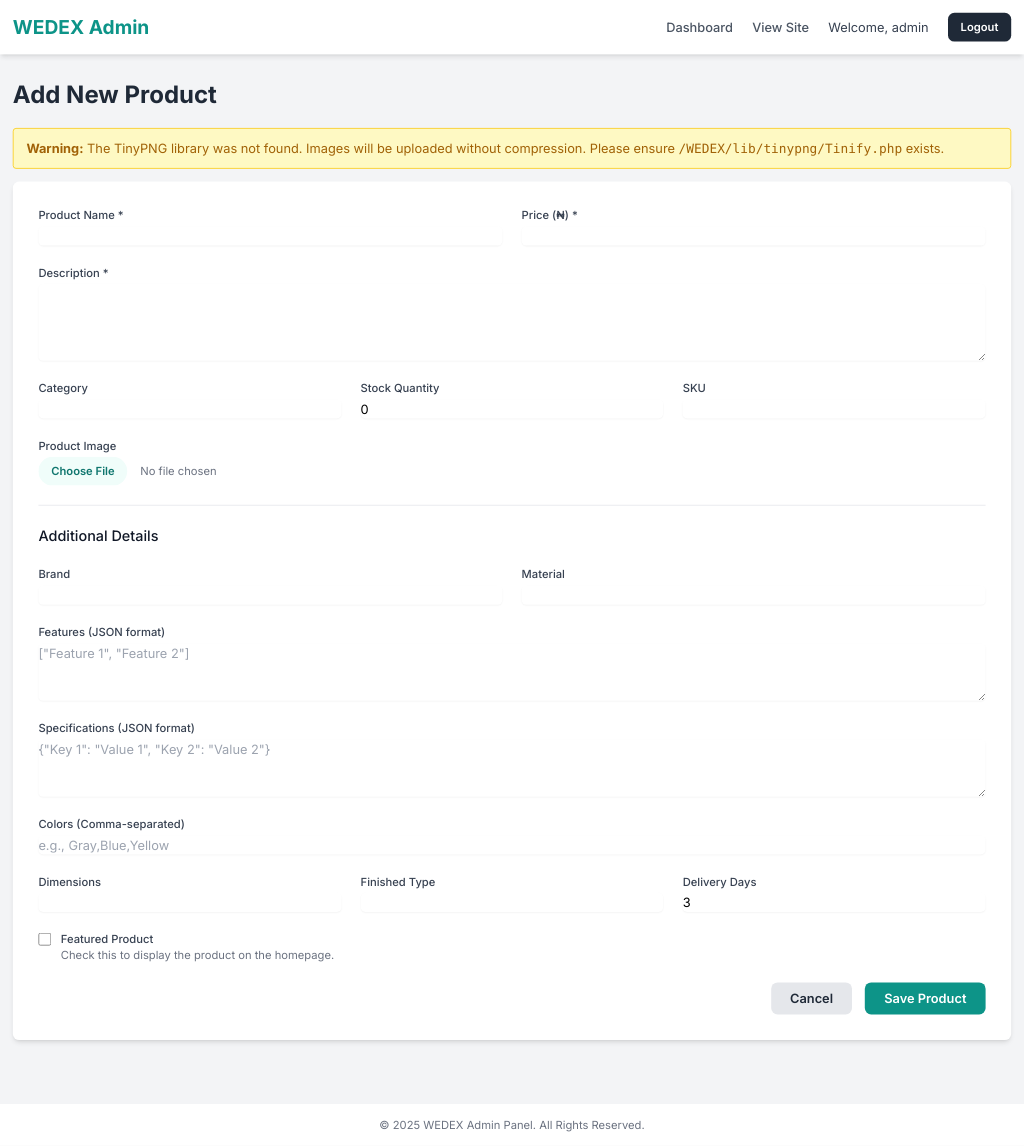
Repository: ICARUSTUDIO/WEDEX
Page: http://localhost/yourproject/admin/add_product.php
These files come from the project's save history. The page is drawn as it stood at one moment and after the next save; the edit follows.
The browser window is 1280 px wide. The pictures show the whole page, at 80% of full size.
Some web libraries are served in a nearby version. The page is run by PHP 8.4 with error messages shown; the project is at /var/www/html/. The session is filled in as if someone had signed in: {"admin_logged_in": true, "admin_username": "admin"}. Other server files are loaded and not shown.

Above is the page before, as saved 2025-10-03 23:19:09.

### admin/add_product.php
<?php
require_once '../config.php';
require_once 'partials/header.php';

// Define the path to the Tinify library using the document root for better reliability.
// This assumes your project is directly inside htdocs (e.g., htdocs/WEDEX/)
$tinify_path = $_SERVER['DOCUMENT_ROOT'] . '/WEDEX/lib/tinypng/Tinify.php';
if (file_exists($tinify_path)) {
    require_once $tinify_path;
}

$error = '';
$success = '';

if ($_SERVER['REQUEST_METHOD'] === 'POST') {
    // Basic validation
    if (empty($_POST['name']) || empty($_POST['price']) || empty($_POST['description'])) {
        $error = 'Please fill in all required fields: Name, Price, and Description.';
    } else {
        $image_name = 'default.jpg'; // Default image

        // Handle file upload
        if (isset($_FILES['image']) && $_FILES['image']['error'] == 0) {
            $target_dir = "../uploads/";
            if (!is_dir($target_dir)) {
                mkdir($target_dir, 0777, true);
            }
            $image_name = uniqid() . '-' . basename($_FILES["image"]["name"]);
            $target_file = $target_dir . $image_name;
            $source_file = $_FILES["image"]["tmp_name"];

            // Check if API key is set and library is loaded before trying to compress
            if (function_exists('\Tinify\setKey') && defined('TINIFY_API_KEY') && TINIFY_API_KEY != 'YOUR_API_KEY_HERE') {
                try {
                    // Initialize Tinify with your API key
                    \Tinify\setKey(TINIFY_API_KEY);
                    \Tinify\validate(); // This will throw an exception if the key is invalid

                    // Compress the image from the temporary uploaded file
                    $source = \Tinify\fromFile($source_file);
                    $source->toFile($target_file);
                    $_SESSION['compression_status'] = "Success: Image was compressed successfully!";

                } catch(\Tinify\Exception $e) {
                    // If compression fails, log the error and fall back to a simple move.
                    $_SESSION['compression_status'] = "Error: TinyPNG API failed with message: " . $e->getMessage();
                    if (!move_uploaded_file($source_file, $target_file)) {
                         $error = "Sorry, there was an error uploading your file after a compression attempt failed.";
                    }
                }
            } else {
                // Fallback for when API key is not set or library is missing
                 $_SESSION['compression_status'] = "Skipped: Image uploaded without compression (API key not set or library missing).";
                if (!move_uploaded_file($source_file, $target_file)) {
                    $error = "Sorry, there was an error uploading your file.";
                }
            }
        }

        if (empty($error)) {
            try {
                $sql = "INSERT INTO products (name, description, price, category, stock, image, sku, brand, features, specifications, dimensions, colors, material, finished_type, delivery_days, is_featured)
                        VALUES (:name, :description, :price, :category, :stock, :image, :sku, :brand, :features, :specifications, :dimensions, :colors, :material, :finished_type, :delivery_days, :is_featured)";

                $stmt = $pdo->prepare($sql);

                $stmt->execute([
                    ':name' => $_POST['name'],
                    ':description' => $_POST['description'],
                    ':price' => $_POST['price'],
                    ':category' => $_POST['category'],
                    ':stock' => $_POST['stock'],
                    ':image' => $image_name,
                    ':sku' => $_POST['sku'] ?? null,
                    ':brand' => $_POST['brand'] ?? null,
                    ':features' => $_POST['features'] ?? null,
                    ':specifications' => $_POST['specifications'] ?? null,
                    ':dimensions' => $_POST['dimensions'] ?? null,
                    ':colors' => $_POST['colors'] ?? null,
                    ':material' => $_POST['material'] ?? null,
                    ':finished_type' => $_POST['finished_type'] ?? null,
                    ':delivery_days' => $_POST['delivery_days'] ?? 3,
                    ':is_featured' => isset($_POST['is_featured']) ? 1 : 0
                ]);

                $_SESSION['success_message'] = 'Product added successfully!';
                header('Location: dashboard.php');
                exit;

            } catch (PDOException $e) {
                $error = "Database error: " . $e->getMessage();
            }
        }
    }
}
?>

<div class="container mx-auto px-4 py-8">
    <h1 class="text-3xl font-bold text-gray-800 mb-6">Add New Product</h1>

    <?php if ($error): ?>
        <div class="bg-red-100 border border-red-400 text-red-700 px-4 py-3 rounded mb-4" role="alert">
            <p><?php echo $error; ?></p>
        </div>
    <?php endif; ?>
    <?php if (!function_exists('\Tinify\setKey')): ?>
        <div class="bg-yellow-100 border border-yellow-400 text-yellow-700 px-4 py-3 rounded mb-4" role="alert">
            <p><strong>Warning:</strong> The TinyPNG library was not found. Images will be uploaded without compression. Please ensure <code>/WEDEX/lib/tinypng/Tinify.php</code> exists.</p>
        </div>
    <?php endif; ?>

    <div class="bg-white shadow-md rounded-lg p-8">
        <form action="add_product.php" method="POST" enctype="multipart/form-data" class="space-y-6">

            <div class="grid grid-cols-1 md:grid-cols-2 gap-6">
                <div>
                    <label for="name" class="block text-sm font-medium text-gray-700">Product Name *</label>
                    <input type="text" name="name" id="name" required class="mt-1 block w-full border-gray-300 rounded-md shadow-sm focus:ring-teal-500 focus:border-teal-500">
                </div>
                <div>
                    <label for="price" class="block text-sm font-medium text-gray-700">Price (₦) *</label>
                    <input type="number" name="price" id="price" step="0.01" required class="mt-1 block w-full border-gray-300 rounded-md shadow-sm focus:ring-teal-500 focus:border-teal-500">
                </div>
            </div>

            <div>
                <label for="description" class="block text-sm font-medium text-gray-700">Description *</label>
                <textarea name="description" id="description" rows="4" required class="mt-1 block w-full border-gray-300 rounded-md shadow-sm focus:ring-teal-500 focus:border-teal-500"></textarea>
            </div>

            <div class="grid grid-cols-1 md:grid-cols-3 gap-6">
                <div>
                    <label for="category" class="block text-sm font-medium text-gray-700">Category</label>
                    <input type="text" name="category" id="category" class="mt-1 block w-full border-gray-300 rounded-md shadow-sm focus:ring-teal-500 focus:border-teal-500">
                </div>
                <div>
                    <label for="stock" class="block text-sm font-medium text-gray-700">Stock Quantity</label>
                    <input type="number" name="stock" id="stock" value="0" class="mt-1 block w-full border-gray-300 rounded-md shadow-sm focus:ring-teal-500 focus:border-teal-500">
                </div>
                 <div>
                    <label for="sku" class="block text-sm font-medium text-gray-700">SKU</label>
                    <input type="text" name="sku" id="sku" class="mt-1 block w-full border-gray-300 rounded-md shadow-sm focus:ring-teal-500 focus:border-teal-500">
                </div>
            </div>

            <div>
                <label for="image" class="block text-sm font-medium text-gray-700">Product Image</label>
                <input type="file" name="image" id="image" class="mt-1 block w-full text-sm text-gray-500 file:mr-4 file:py-2 file:px-4 file:rounded-full file:border-0 file:text-sm file:font-semibold file:bg-teal-50 file:text-teal-700 hover:file:bg-teal-100">
            </div>

            <div class="border-t pt-6 space-y-6">
                <h3 class="text-lg font-medium text-gray-900">Additional Details</h3>
                 <div class="grid grid-cols-1 md:grid-cols-2 gap-6">
                    <div>
                        <label for="brand" class="block text-sm font-medium text-gray-700">Brand</label>
                        <input type="text" name="brand" id="brand" class="mt-1 block w-full border-gray-300 rounded-md shadow-sm">
                    </div>
                     <div>
                        <label for="material" class="block text-sm font-medium text-gray-700">Material</label>
                        <input type="text" name="material" id="material" class="mt-1 block w-full border-gray-300 rounded-md shadow-sm">
                    </div>
                </div>
                <div>
                    <label for="features" class="block text-sm font-medium text-gray-700">Features (JSON format)</label>
                    <textarea name="features" id="features" rows="3" class="mt-1 block w-full border-gray-300 rounded-md shadow-sm" placeholder='["Feature 1", "Feature 2"]'></textarea>
                </div>
                <div>
                    <label for="specifications" class="block text-sm font-medium text-gray-700">Specifications (JSON format)</label>
                    <textarea name="specifications" id="specifications" rows="3" class="mt-1 block w-full border-gray-300 rounded-md shadow-sm" placeholder='{"Key 1": "Value 1", "Key 2": "Value 2"}'></textarea>
                </div>
                 <div>
                    <label for="colors" class="block text-sm font-medium text-gray-700">Colors (Comma-separated)</label>
                    <input type="text" name="colors" id="colors" class="mt-1 block w-full border-gray-300 rounded-md shadow-sm" placeholder="e.g., Gray,Blue,Yellow">
                </div>
                 <div class="grid grid-cols-1 md:grid-cols-3 gap-6">
                    <div>
                        <label for="dimensions" class="block text-sm font-medium text-gray-700">Dimensions</label>
                        <input type="text" name="dimensions" id="dimensions" class="mt-1 block w-full border-gray-300 rounded-md shadow-sm">
                    </div>
                     <div>
                        <label for="finished_type" class="block text-sm font-medium text-gray-700">Finished Type</label>
                        <input type="text" name="finished_type" id="finished_type" class="mt-1 block w-full border-gray-300 rounded-md shadow-sm">
                    </div>
                     <div>
                        <label for="delivery_days" class="block text-sm font-medium text-gray-700">Delivery Days</label>
                        <input type="number" name="delivery_days" id="delivery_days" value="3" class="mt-1 block w-full border-gray-300 rounded-md shadow-sm">
                    </div>
                </div>
                 <div class="flex items-start">
                    <div class="flex items-center h-5">
                        <input id="is_featured" name="is_featured" type="checkbox" class="focus:ring-teal-500 h-4 w-4 text-teal-600 border-gray-300 rounded">
                    </div>
                    <div class="ml-3 text-sm">
                        <label for="is_featured" class="font-medium text-gray-700">Featured Product</label>
                        <p class="text-gray-500">Check this to display the product on the homepage.</p>
                    </div>
                </div>
            </div>

            <div class="flex justify-end space-x-4">
                <a href="dashboard.php" class="bg-gray-200 text-gray-800 px-6 py-2 rounded-lg font-semibold hover:bg-gray-300 transition">Cancel</a>
                <button type="submit" class="bg-teal-600 text-white px-6 py-2 rounded-lg font-semibold hover:bg-teal-700 transition">Save Product</button>
            </div>
        </form>
    </div>
</div>

<?php require_once 'partials/footer.php'; ?>

### config.php
<?php
session_start();

// Database credentials
define('DB_HOST', 'localhost');
define('DB_USER', 'root');
define('DB_PASS', '');
define('DB_NAME', 'wedex_db');

// TinyPNG API Key
define('TINIFY_API_KEY', 'tj6tZ4y9BVL0SfM4LSNmQM2Q42CZS83k');

// Create PDO instance
try {
    $pdo = new PDO("mysql:host=" . DB_HOST . ";dbname=" . DB_NAME, DB_USER, DB_PASS);
    $pdo->setAttribute(PDO::ATTR_ERRMODE, PDO::ERRMODE_EXCEPTION);
} catch (PDOException $e) {
    die("ERROR: Could not connect. " . $e->getMessage());
}
?>

### admin/partials/header.php
<?php
// This file is included at the top of all admin pages.
// It checks for a valid admin session and includes the common HTML head and navigation.
// The config.php file, which is required before this file, handles starting the session.

// If the user is not logged in (the session variable is not set), redirect to the login page.
if (!isset($_SESSION['admin_logged_in']) || $_SESSION['admin_logged_in'] !== true) {
    header('Location: login.php');
    exit;
}
?>
<!DOCTYPE html>
<html lang="en">
<head>
    <meta charset="UTF-8">
    <meta name="viewport" content="width=device-width, initial-scale=1.0">
    <title>Admin Dashboard</title>
    <script src="https://cdn.tailwindcss.com"></script>
    <link href="https://fonts.googleapis.com/css2?family=Inter:wght@400;500;600;700&display=swap" rel="stylesheet">
    <style>
        body { font-family: 'Inter', sans-serif; }
    </style>
</head>
<body class="bg-gray-100">
    <header class="bg-white shadow-md">
        <div class="container mx-auto px-4">
            <div class="flex justify-between items-center py-4">
                <a href="dashboard.php" class="text-2xl font-bold text-teal-600">WEDEX Admin</a>
                <nav class="flex items-center space-x-6">
                    <a href="dashboard.php" class="text-gray-600 hover:text-teal-600 font-medium">Dashboard</a>
                    <a href="../index.php" target="_blank" class="text-gray-600 hover:text-teal-600 font-medium">View Site</a>
                    <span class="text-gray-700">Welcome, <?php echo htmlspecialchars($_SESSION['admin_username']); ?></span>
                    <a href="logout.php" class="bg-gray-800 text-white px-4 py-2 rounded-lg text-sm font-semibold hover:bg-gray-900 transition">Logout</a>
                </nav>
            </div>
        </div>
    </header>
    <main>

### admin/partials/footer.php
    </main>
    <footer class="bg-white mt-12 py-4">
        <div class="container mx-auto px-4 text-center text-gray-500 text-sm">
            &copy; <?php echo date('Y'); ?> WEDEX Admin Panel. All Rights Reserved.
        </div>
    </footer>
</body>
</html>

Loaded but not shown: lib/tinypng/Tinify.php (320 lines, source omitted)

After the next save:
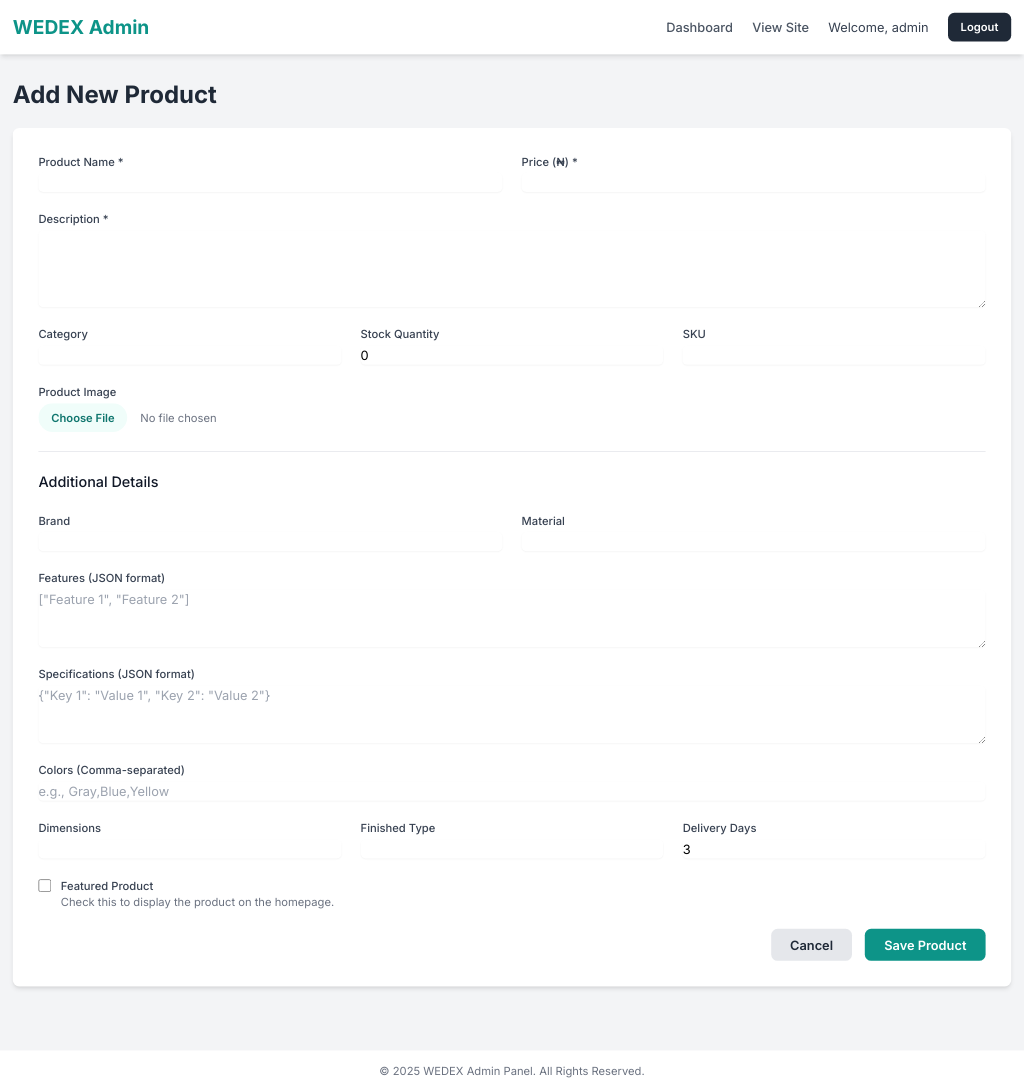
Saved 5 min 39 s later.
--- a/admin/add_product.php
+++ b/admin/add_product.php
@@ -2,11 +2,13 @@
 require_once '../config.php';
 require_once 'partials/header.php';
 
-// Define the path to the Tinify library using the document root for better reliability.
-// This assumes your project is directly inside htdocs (e.g., htdocs/WEDEX/)
+// Define the path to the Tinify library
 $tinify_path = $_SERVER['DOCUMENT_ROOT'] . '/WEDEX/lib/tinypng/Tinify.php';
+$tinify_loaded = false;
+
 if (file_exists($tinify_path)) {
     require_once $tinify_path;
+    $tinify_loaded = class_exists('\Tinify\Tinify');
 }
 
 $error = '';
@@ -30,14 +32,14 @@ if ($_SERVER['REQUEST_METHOD'] === 'POST') {
             $source_file = $_FILES["image"]["tmp_name"];
 
             // Check if API key is set and library is loaded before trying to compress
-            if (function_exists('\Tinify\setKey') && defined('TINIFY_API_KEY') && TINIFY_API_KEY != 'YOUR_API_KEY_HERE') {
+            if ($tinify_loaded && defined('TINIFY_API_KEY') && TINIFY_API_KEY != 'YOUR_API_KEY_HERE') {
                 try {
                     // Initialize Tinify with your API key
-                    \Tinify\setKey(TINIFY_API_KEY);
-                    \Tinify\validate(); // This will throw an exception if the key is invalid
+                    \Tinify\Tinify::setKey(TINIFY_API_KEY);
+                    \Tinify\Tinify::validate();
 
                     // Compress the image from the temporary uploaded file
-                    $source = \Tinify\fromFile($source_file);
+                    $source = \Tinify\Tinify::fromFile($source_file);
                     $source->toFile($target_file);
                     $_SESSION['compression_status'] = "Success: Image was compressed successfully!";
 
@@ -103,7 +105,7 @@ if ($_SERVER['REQUEST_METHOD'] === 'POST') {
             <p><?php echo $error; ?></p>
         </div>
     <?php endif; ?>
-    <?php if (!function_exists('\Tinify\setKey')): ?>
+    <?php if (!$tinify_loaded): ?>
         <div class="bg-yellow-100 border border-yellow-400 text-yellow-700 px-4 py-3 rounded mb-4" role="alert">
             <p><strong>Warning:</strong> The TinyPNG library was not found. Images will be uploaded without compression. Please ensure <code>/WEDEX/lib/tinypng/Tinify.php</code> exists.</p>
         </div>
